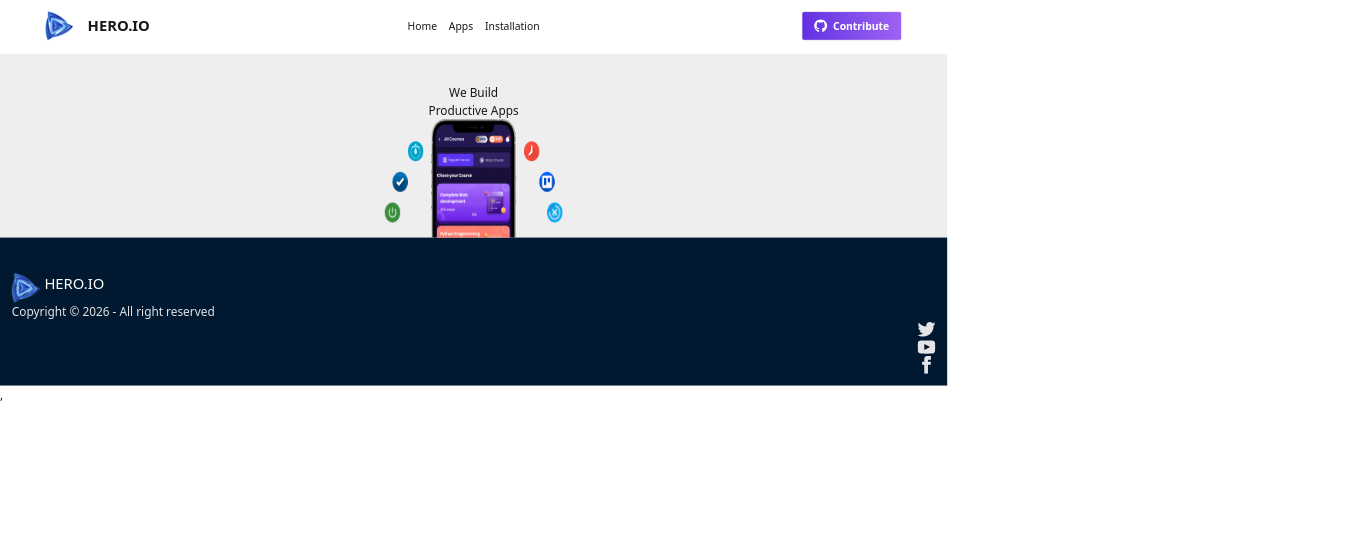
Repository: SanjidaSnigdha/Hero-app-vite-project
Page: /
The author's editor kept a copy of each file at every save. The page is drawn from the files as they stood at one save, then again after a run of saves.
The browser window is 1280 px wide. The page is 1834 px wide, so the pictures cover 1834 px, including what lies to the right of the window. The pictures show the whole page, at 74% of full size.
The project was rebuilt for these pictures with package versions that can differ from the ones it lists, and the page was loaded fresh each time. Also part of the build but not shown: vite.config.js, src/App.css, src/App.jsx, src/Pages/ErrorPages/ErrorPage.jsx.

Above is the page before, as saved 2026-05-23 19:54:16.

### index.html
<!doctype html>
<html data-theme="light" lang="en">
  <head>
    <meta charset="UTF-8" />
    <link rel="icon" type="image/svg+xml" href="/favicon.svg" />
    <meta name="viewport" content="width=device-width, initial-scale=1.0" />
    <title>hero-app-vite-project</title>
  </head>
  <body>
    <div id="root"></div>
    <script type="module" src="/src/main.jsx"></script>
  </body>
</html>

### src/main.jsx
import { StrictMode } from 'react'
import { createRoot } from 'react-dom/client'
import { RouterProvider } from "react-router";
import './index.css'
import App from './App.jsx'
import { router } from './Routes/Routes.jsx';



createRoot(document.getElementById('root')).render(
  <StrictMode>
      <RouterProvider router={router} />,

  </StrictMode>,
)

### src/Routes/Routes.jsx
import React from 'react';
import { createBrowserRouter } from "react-router";
import Root from '../Pages/Root/Root';
import ErrorPage from '../Pages/ErrorPages/ErrorPage';
import Home from '../Pages/Home/Home';


 export const router = createBrowserRouter([
  {
    path: "/",
    Component:Root,
    errorElement: <ErrorPage></ErrorPage>,
    children: [
        {
            index: true,
            path: "/",
            Component: Home
        }
    ]
  },
]);

### src/Pages/Root/Root.jsx
import React from 'react';
import Navbar from '../../Components/Header/Navbar';
import { Outlet } from 'react-router';
import Footer from '../../Components/Footer/Footer';

const Root = () => {
    return (
        <div>
            <Navbar></Navbar>
            <Outlet>

            </Outlet>
            <Footer></Footer>
        </div>
    );
};

export default Root;

### src/Pages/Home/Home.jsx
import React from 'react';
import Banner from '../../Components/Banner/Banner';

const Home = () => {
    return (
        <div>
            <Banner></Banner>
        </div>
    );
};

export default Home;

### src/Components/Header/Navbar.jsx
import React from 'react';
import { FaGithub } from "react-icons/fa";
import NavImg from '../../assets/logo.png'
const Navbar = () => {
  const links = (
    <>
  <li className="m-2 font-medium text-[#000000]/90">Home</li>
  <li className="m-2 font-medium text-[#000000]/90">Apps</li>
 <li className="m-2 font-medium text-[#000000]/90">Installation</li>
  </>
  );

    return (
  <div className="navbar bg-base-100 w-11/12 mx-auto">
  <div className="navbar-start">
    <div className="dropdown">
      <div tabIndex={0} role="button" className="btn btn-ghost lg:hidden">
        <svg xmlns="http://www.w3.org/2000/svg" className="h-5 w-5" fill="none" viewBox="0 0 24 24" stroke="currentColor"> <path strokeLinecap="round" strokeLinejoin="round" strokeWidth="2" d="M4 6h16M4 12h8m-8 6h16" /> </svg>
      </div>
      <ul
        tabIndex={0}
        className="menu menu-sm dropdown-content bg-base-100 rounded-box z-1 mt-3 w-52 p-2 shadow">
   {links}
      </ul>
    </div>
    <div className='flex'>
        <img src={NavImg} alt="" className='w-10 h-10' />
            <a className="btn btn-ghost text-xl text-gradient-to-r from-[#632EEF] to-[#9F62F2]">HERO.IO</a>

    </div>
  </div>
  <div className="navbar-center hidden lg:flex">
    <ul className="menu menu-horizontal px-1">
      {links}
    </ul>
  </div>
  <div className="navbar-end">
    <a
    href="https://github.com/SanjidaSnigdha/Hero-app-vite-project.git"
    target="_blank"
    rel="noopener noreferrer"
    className="btn flex items-center gap-2 rounded bg-gradient-to-r from-[#632EE3] to-[#9F62F2] text-[#FFFFFF]"
  >
    <FaGithub className="text-lg"/>
    Contribute
  </a>

  </div>
</div>
    );
  };

export default Navbar;

### src/Components/Footer/Footer.jsx
import React from 'react';
import footerImg from '../../assets/logo.png'

const Footer = () => {
    return (
       <footer class="$$footer sm:$$footer-horizontalbg-neutral text-neutral-content items-center p-4 bg-[#001931]">
  <aside class="grid-flow-col items-center mt-8">
     <div className='flex gap-1'>
            <img src={footerImg} alt="" className='w-10 h-10' />
                <a className="text-xl text-[#FFFFFF]">HERO.IO</a>

        </div>

    <p className='items-center justify-center'>Copyright © {new Date().getFullYear()} - All right reserved</p>
  </aside>
  <nav class="grid-flow-col gap-4 md:place-self-center md:justify-self-end">
    <a className='flex'>
      <svg
        xmlns="http://www.w3.org/2000/svg"
        width="24"
        height="24"
        viewBox="0 0 24 24"
        class="fill-current">
        <path
          d="M24 4.557c-.883.392-1.832.656-2.828.775 1.017-.609 1.798-1.574 2.165-2.724-.951.564-2.005.974-3.127 1.195-.897-.957-2.178-1.555-3.594-1.555-3.179 0-5.515 2.966-4.797 6.045-4.091-.205-7.719-2.165-10.148-5.144-1.29 2.213-.669 5.108 1.523 6.574-.806-.026-1.566-.247-2.229-.616-.054 2.281 1.581 4.415 3.949 4.89-.693.188-1.452.232-2.224.084.626 1.956 2.444 3.379 4.6 3.419-2.07 1.623-4.678 2.348-7.29 2.04 2.179 1.397 4.768 2.212 7.548 2.212 9.142 0 14.307-7.721 13.995-14.646.962-.695 1.797-1.562 2.457-2.549z"></path>
      </svg>
    </a>
    <a>
      <svg
        xmlns="http://www.w3.org/2000/svg"
        width="24"
        height="24"
        viewBox="0 0 24 24"
        class="fill-current">
        <path
          d="M19.615 3.184c-3.604-.246-11.631-.245-15.23 0-3.897.266-4.356 2.62-4.385 8.816.029 6.185.484 8.549 4.385 8.816 3.6.245 11.626.246 15.23 0 3.897-.266 4.356-2.62 4.385-8.816-.029-6.185-.484-8.549-4.385-8.816zm-10.615 12.816v-8l8 3.993-8 4.007z"></path>
      </svg>
    </a>
    <a>
      <svg
        xmlns="http://www.w3.org/2000/svg"
        width="24"
        height="24"
        viewBox="0 0 24 24"
        class="fill-current">
        <path
          d="M9 8h-3v4h3v12h5v-12h3.642l.358-4h-4v-1.667c0-.955.192-1.333 1.115-1.333h2.885v-5h-3.808c-3.596 0-5.192 1.583-5.192 4.615v3.385z"></path>
      </svg>
    </a>
  </nav>
</footer>
    );
};

export default Footer;

### src/Components/Banner/Banner.jsx
import React from 'react';
import bannerImg from '../../assets/hero copy.png'

const Banner = () => {
    return (
        <div className='justify-center items-center text-center flex flex-col mt-1 bg-base-300'>
            <h1 className='mt-10 w-597 h-'>We Build <br /><span>Productive </span>Apps</h1>
            <img src={bannerImg} alt="" className='w-60 h-40'/>
        </div>
    );
};

export default Banner;

Loaded but not shown: src/index.css (common file)

After the next 2 saves:
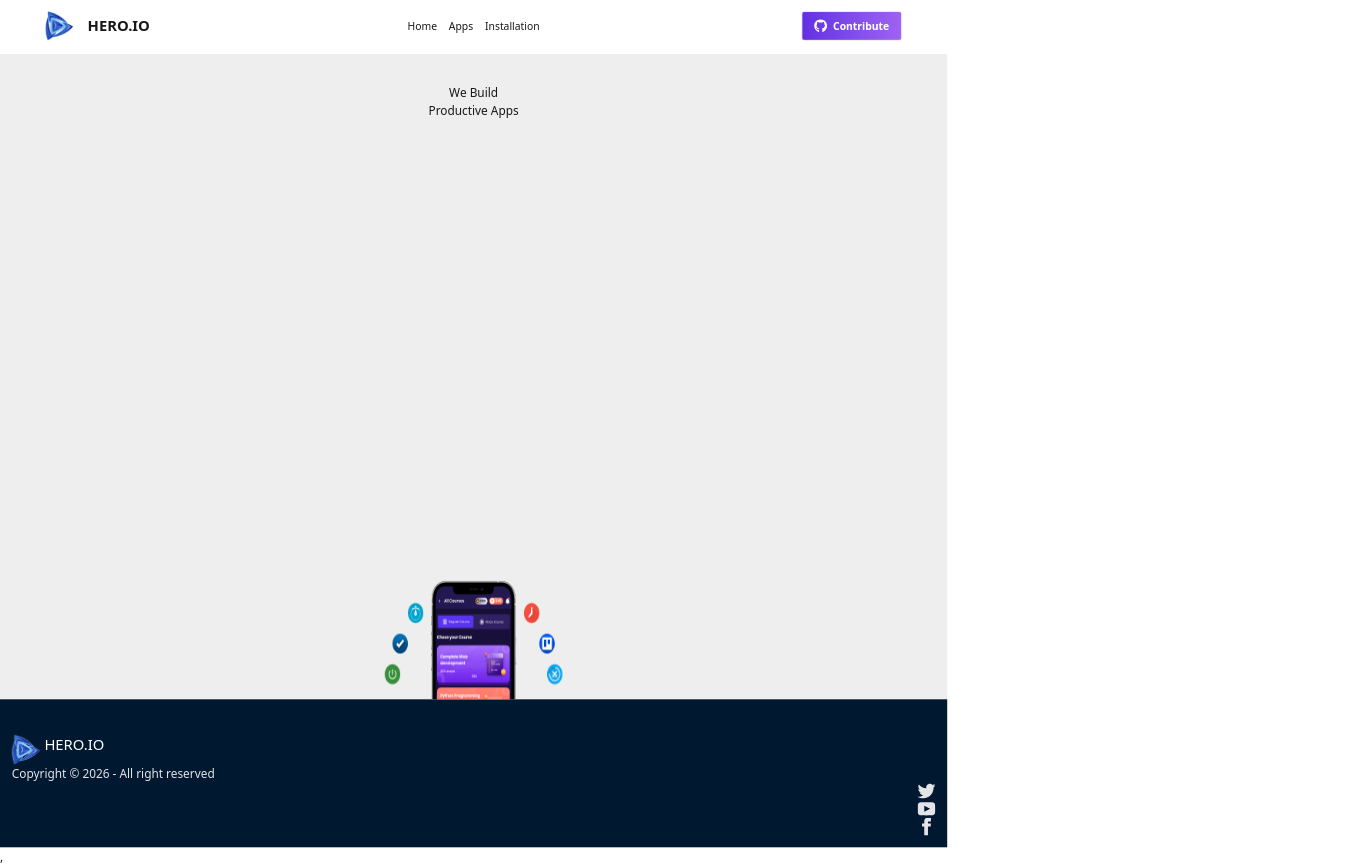
The 2 saves are shown as one change because they came seconds apart.
The last was saved 7 s later.
--- a/src/Components/Banner/Banner.jsx
+++ b/src/Components/Banner/Banner.jsx
@@ -4,7 +4,7 @@
 const Banner = () => {
     return (
         <div className='justify-center items-center text-center flex flex-col mt-1 bg-base-300'>
-            <h1 className='mt-10 w-597 h-'>We Build <br /><span>Productive </span>Apps</h1>
+            <h1 className='mt-10 w-597 h-168'>We Build <br /><span>Productive </span>Apps</h1>
             <img src={bannerImg} alt="" className='w-60 h-40'/>
         </div>
     );
